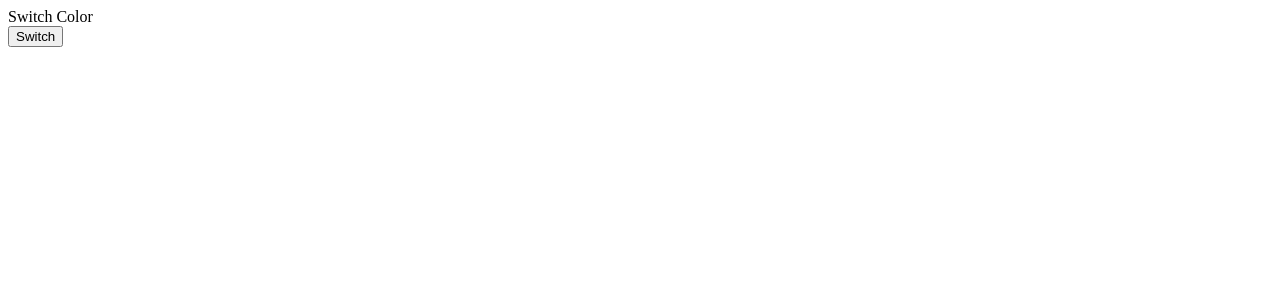
Repository: rvlyra/js-error-pattern
Page: index.html
An editor plug-in stored every save of this project. The page is shown before and after the next save, followed by the edit.
The browser window is 1280 px wide. The pictures show the whole page.
After loading, the first visible `button` was clicked once.

Above is the page before, as saved 2022-06-12 14:15:21.
Console error: TypeError: Cannot read properties of null (reading 'style')

After the next save:
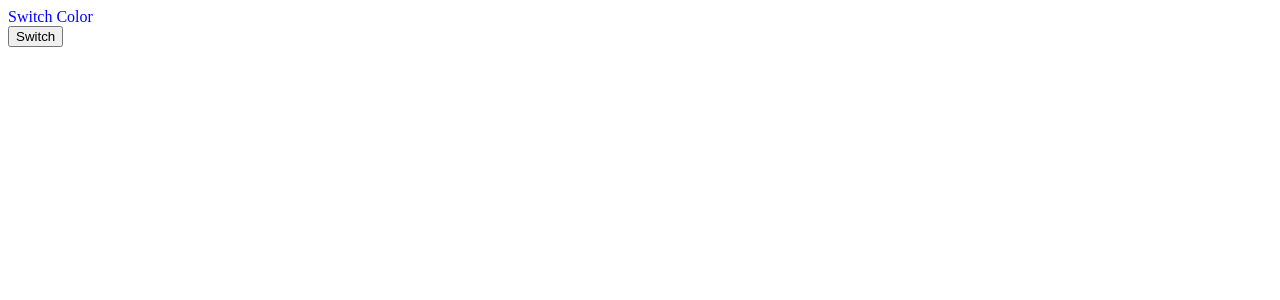
The error is gone.
Saved 15 s later.
--- a/main.js
+++ b/main.js
@@ -3,5 +3,5 @@
 
 
 function swt(){
-  document.getElementById('#h1').style.color = 'blue';
+  document.getElementById('h1').style.color = 'blue';
 }
